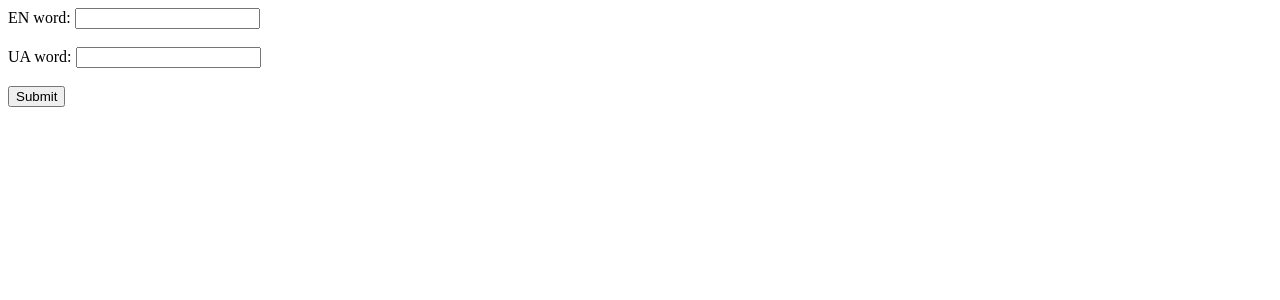
Repository: OleksandrDoskaliukKN313/IIC
Page: WebDictionary/WebContent/inputForm.html
These files come from the project's save history. The page is drawn as it stood at one moment and after the next save; the edit follows.
The browser window is 1280 px wide. The pictures show the whole page.

Above is the page before, as saved 2020-10-11 09:38:13.

### WebDictionary/WebContent/inputForm.html
<!DOCTYPE html>
<html>
<head>
<meta charset="UTF-8">
<title>Input Form</title>
</head>
<body>
<form action="addWord.jsp">
    EN word: <input name="en" />
    <br><br>
    UA word: <input name="ua" />
    <br></br>
    <input type="submit" value="Submit" />
</form>
</body>
</html>

After the next save:
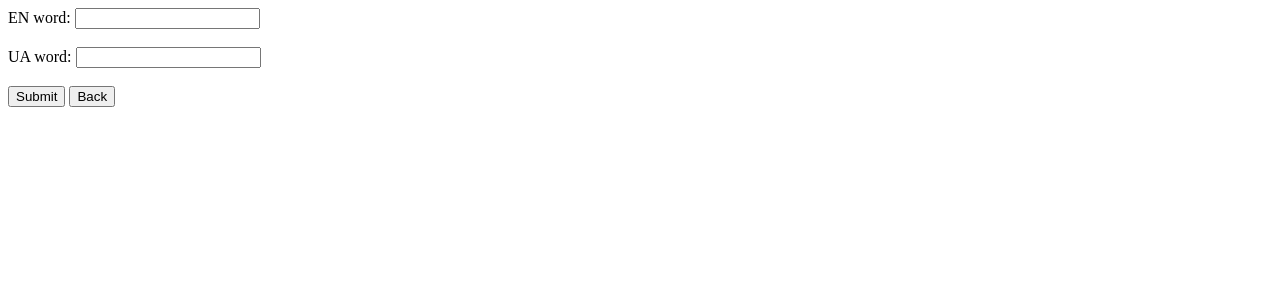
Saved 31 s later.
--- a/WebDictionary/WebContent/inputForm.html
+++ b/WebDictionary/WebContent/inputForm.html
@@ -11,6 +11,7 @@
     UA word: <input name="ua" />
     <br></br>
     <input type="submit" value="Submit" />
+    <button onclick="location.href='/'">Back</button>
 </form>
 </body>
 </html>
